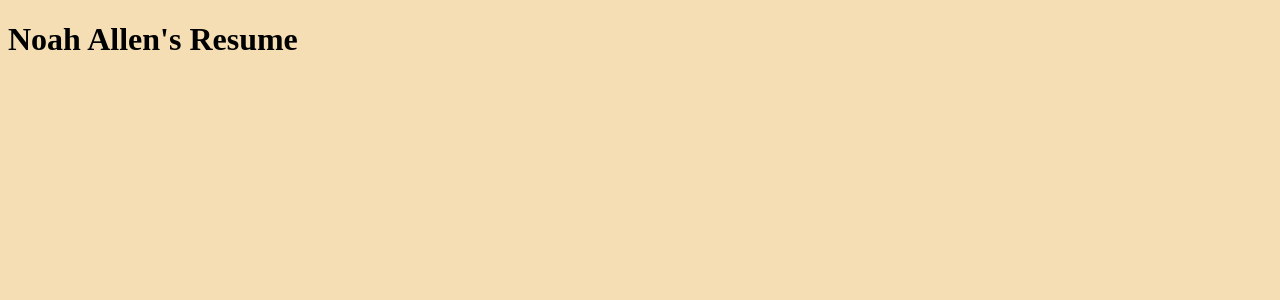
Repository: noahcallen/LAB-HTML-Resume
Page: index.html
The author's editor kept a copy of each file at every save. The page is drawn from the files as they stood at one save, then again after the next save.
The browser window is 1280 px wide. The pictures show the whole page.

Above is the page before, as saved 2024-07-08 21:00:41.

### index.html
<!DOCTYPE html>
<html lang="en">
<head>
  <meta charset="UTF-8">
  <meta name="viewport" content="width=device-width, initial-scale=1.0">
  <title>Document</title>
  <link rel="stylesheet" href="main.css">
</head>
<body>
  <h1>Noah Allen's Resume</h1>







  <script src="main.js"></script>
</body>
</html>

Loaded but not shown: main.css (common file); main.js (no stored copy; drawn as an empty file)

After the next save:
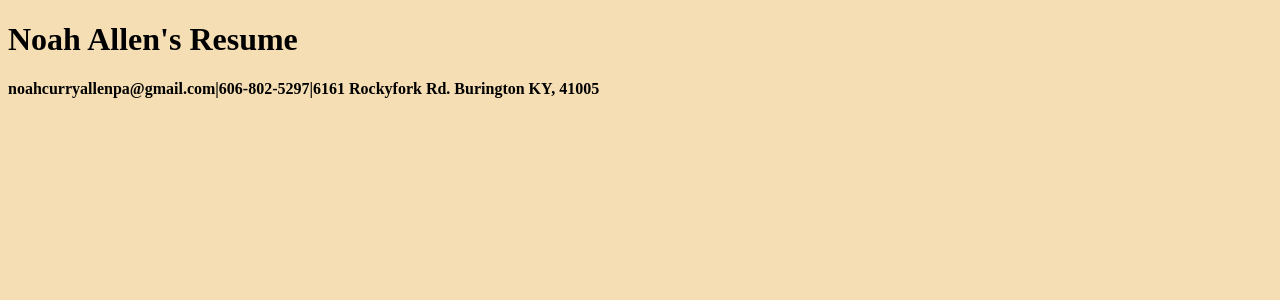
Saved 2 min 13 s later.
--- a/index.html
+++ b/index.html
@@ -8,7 +8,7 @@
 </head>
 <body>
   <h1>Noah Allen's Resume</h1>
-
+  <h4> noahcurryallenpa@gmail.com|606-802-5297|6161 Rockyfork Rd. Burington KY, 41005</h4>
 
 
 
